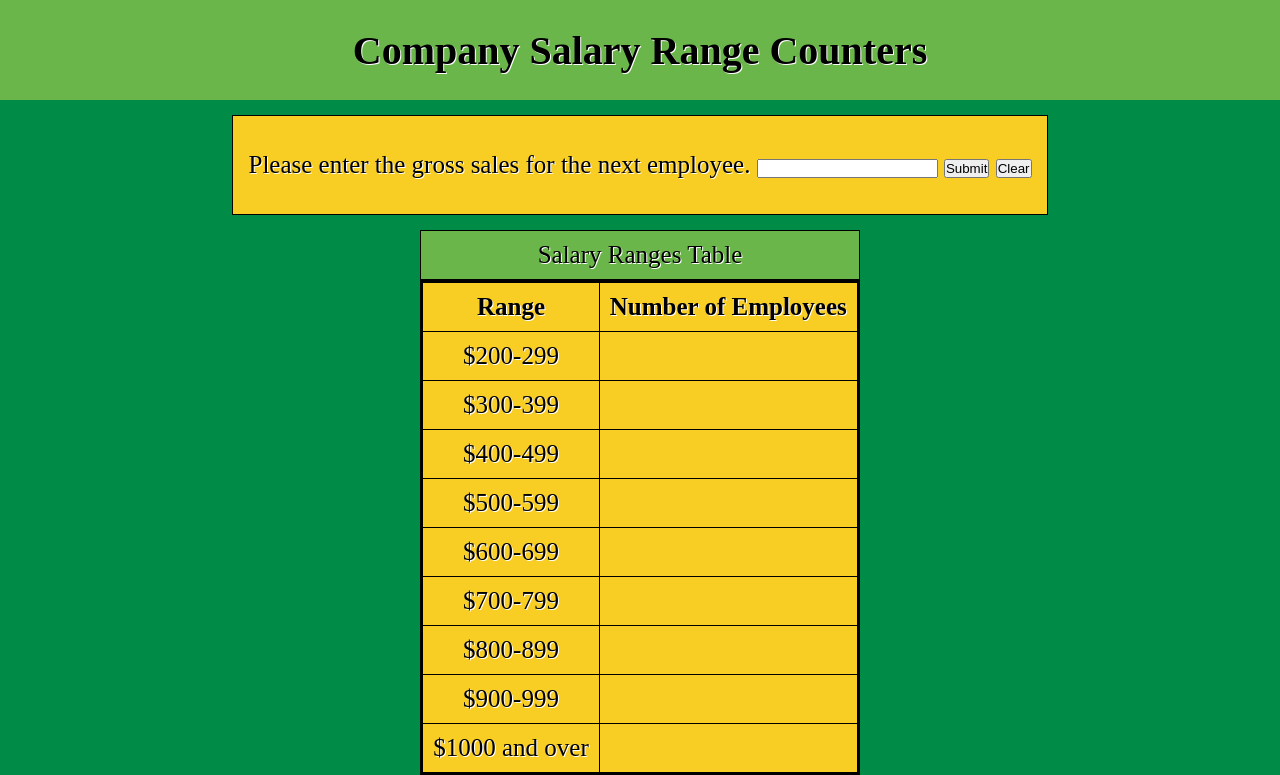
Repository: mlmEFSC21/P17-Sales-Commision
Page: sales.html
These files come from the project's save history. The page is drawn as it stood at one moment and after the next save; the edit follows.
The browser window is 1280 px wide. The pictures show the whole page.

Above is the page before, as saved 2022-04-02 08:41:17.

### sales.html
<!DOCTYPE html>
<html lang="en">
    <head>
        <meta charset="UTF-8" />
        <meta http-equiv="X-UA-Compatible" content="IE=edge" />
        <meta name="viewport" content="width=device-width, initial-scale=1.0" />
        <link rel="stylesheet" href="sales.css" />
        <script defer src="sales.js"></script>
        <title>Company Salary Range Counters</title>
    </head>
    <body>
        <header class="mainHeader">
            <h1>Company Salary Range Counters</h1>
        </header>
        <section class="mainContent">
            <div class="formContainer" id="formContainer">
                <form class="salaryForm" id="salaryForm">
                    <label for="grossSales"
                        >Please enter the gross sales for the next employee.</label
                    >
                    <input type="text" name="grossSales" class="salesInp" id="salesInp" required />
                    <button type="submit" class="submit-btn" id="submit-btn">Submit</button>
                    <button type="reset" class="clear-btn" id="clear-btn">Clear</button>
                </form>
            </div>
            <div class="tableContainer" id="tableContainer">
                <table>
                    <caption>
                        Salary Ranges Table
                    </caption>
                    <thead>
                        <tr>
                            <th>Range</th>
                            <th>Number of Employees</th>
                        </tr>
                    </thead>
                    <tbody>
                        <tr>
                            <td>$200-299</td>
                            <td class="ranges" id="ranges"></td>
                        </tr>
                        <tr>
                            <td>$300-399</td>
                            <td class="ranges" id="ranges"></td>
                        </tr>
                        <tr>
                            <td>$400-499</td>
                            <td class="ranges" id="ranges"></td>
                        </tr>
                        <tr>
                            <td>$500-599</td>
                            <td class="ranges" id="ranges"></td>
                        </tr>
                        <tr>
                            <td>$600-699</td>
                            <td class="ranges" id="ranges"></td>
                        </tr>
                        <tr>
                            <td>$700-799</td>
                            <td class="ranges" id="ranges"></td>
                        </tr>
                        <tr>
                            <td>$800-899</td>
                            <td class="ranges" id="ranges"></td>
                        </tr>
                        <tr>
                            <td>$900-999</td>
                            <td class="ranges" id="ranges"></td>
                        </tr>
                        <tr>
                            <td>$1000 and over</td>
                            <td class="ranges" id="ranges"></td>
                        </tr>
                    </tbody>
                    <tfoot></tfoot>
                </table>
            </div>
        </section>
    </body>
</html>

### sales.css
:root {
    --clr-background: #008b47;
    --clr-primary: #f8cd24;
    --clr-secondary: #6bb64a;
}
*,
*::after,
*::before {
    box-sizing: border-box;
    margin: 0;
    padding: 0;
}
body {
    background-color: var(--clr-background);
    font-size: 20px;
    text-shadow: 1px 1px #fff;
}
.mainHeader {
    display: flex;
    align-items: center;
    justify-content: center;
    height: 100px;
    background-color: var(--clr-secondary);
}

.mainContent {
    display: flex;
    flex-direction: column;
}
.formContainer {
    display: flex;
    height: 100px;
    font-size: 1.25em;
    align-self: center;
    justify-self: center;
    align-items: center;
    justify-content: center;
    border: 1px ridge black;
    margin: 15px;
    padding: 15px;
    background-color: var(--clr-primary);
}
.tableContainer {
    justify-self: center;
    align-self: center;
}
table {
    border-collapse: collapse;
    border: 3px solid black;
    font-size: 1.25em;
    background-color: var(--clr-primary);
}
th,
tr,
td {
    border: 1px solid black;
    margin: 10px;
    padding: 10px;
    text-align: center;
}
caption {
    border: 1px solid black;
    padding: 10px;
    text-align: center;
    background-color: var(--clr-secondary);
}

### sales.js
//  base salary = $200 + commission
// commission = gross sales * 9%
// range floor / 100 - 2 = index 0 - 8
// test: x1 = Math.floor(218 / 100) - 2;
// works for all ranges below the last. Just check for >1000 first.
const baseSalary = 200;
let commissionAmount = 0;
let totalSalary = 0;
let employeeNum = 0;
let salaryRanges = [0, 0, 0, 0, 0, 0, 0, 0, 0];
let weeklyGrossSales = [];

const form = document.querySelector("#salaryForm");
const salesInput = document.getElementById("salesInp");
const td = document.querySelectorAll("td#ranges");
form.addEventListener("submit", getWeeklySal);
const resetBtn = document.querySelector("#clear-btn");
resetBtn.addEventListener("click", clearAllSalaries);

function getWeeklySal(e) {
    e.preventDefault();
    employeeNum++;
    weeklyGrossSales = parseInt(salesInput.value);
    calcCommission();
    calcTotalWeeklySalary();
    calcSalaryRange(totalSalary);
    fillRangeCol();
    salesInput.value = "";
}
function calcCommission() {
    commissionAmount = weeklyGrossSales * 0.09;
}
function calcTotalWeeklySalary() {
    totalSalary = baseSalary + commissionAmount;
    console.log(totalSalary);
    console.log(salaryRanges);
}
function calcSalaryRange(totalSalary) {
    if (totalSalary >= 1000) {
        salaryRanges[8] += 1;
    } else if (totalSalary < 1000) {
        let i = Math.floor(totalSalary / 100) - 2;
        salaryRanges[i] = salaryRanges[i] + 1;
    }
}
//append the table
function fillRangeCol() {
    for (let i = 0; i < salaryRanges.length; i++) {
        td[i].innerText = salaryRanges[i];
    }
}
//reset button
function clearAllSalaries() {
    salesInput.value = "";
    salaryRanges = [0, 0, 0, 0, 0, 0, 0, 0, 0];
    weeklyGrossSales = [];
    for (let i = 0; i < salaryRanges.length; i++) {
        td[i].innerText = 0;
    }
}

console.log(salaryRanges);
console.log(weeklyGrossSales);

After the next save:
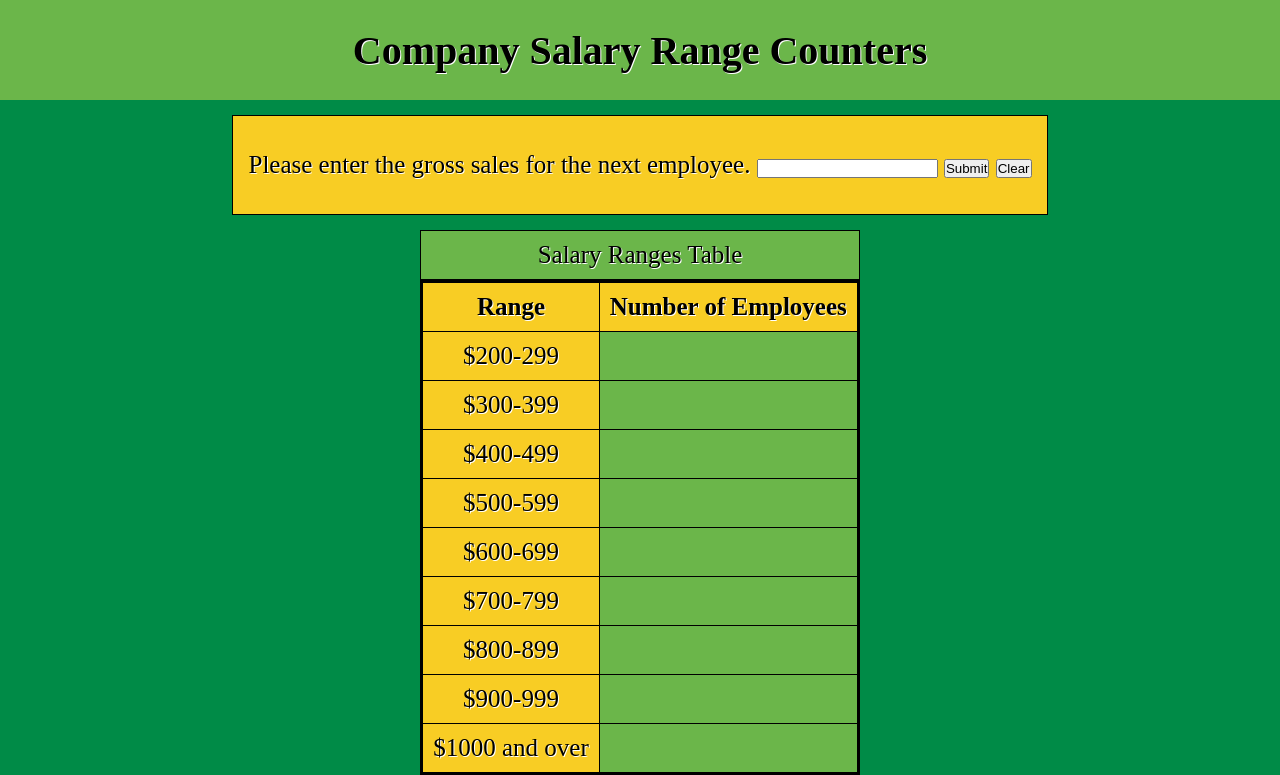
Saved 116 s later.
--- a/sales.css
+++ b/sales.css
@@ -64,3 +64,6 @@ caption {
     text-align: center;
     background-color: var(--clr-secondary);
 }
+td:nth-child(even) {
+    background-color: var(--clr-secondary);
+}
